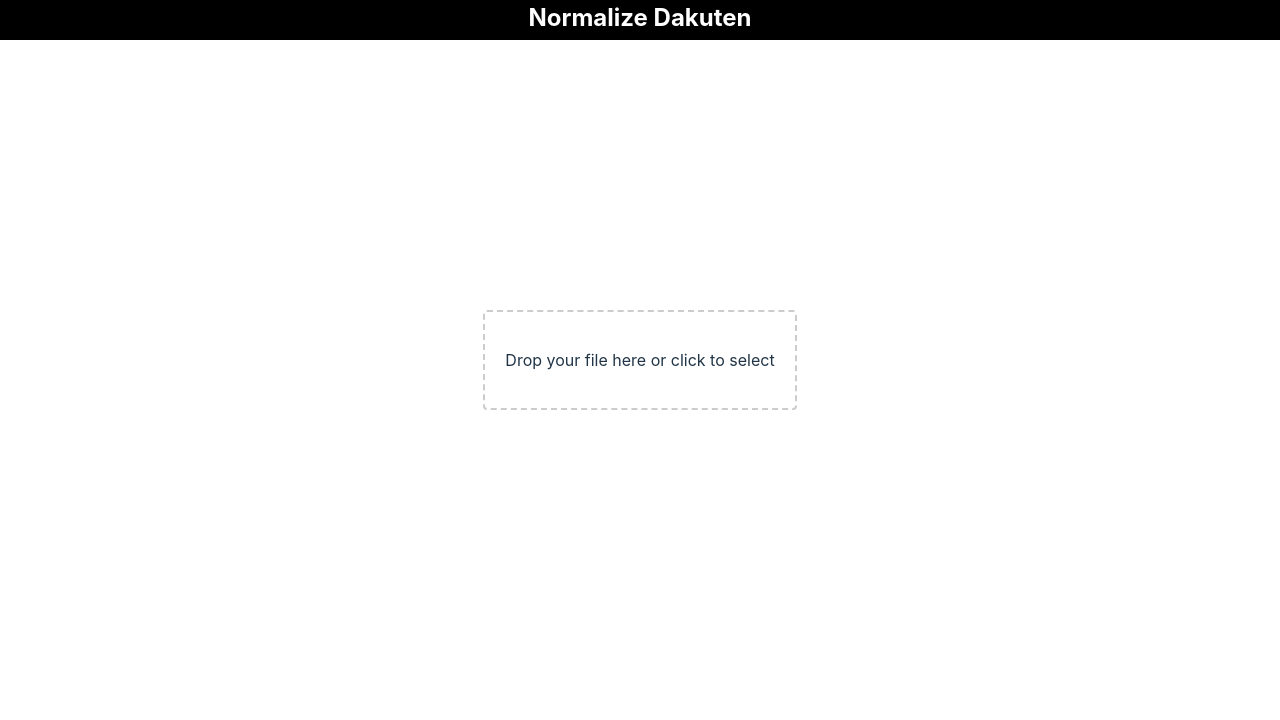
Repository: CatHandsService/normalize_dakuten
Page: / (app in front/)
The author's editor kept a copy of each file at every save. The page is drawn from the files as they stood at one save, then again after a run of saves.
The browser window is 1280 px wide. The pictures show the whole page.
The project was rebuilt for these pictures with package versions that can differ from the ones it lists, and the page was loaded fresh each time. Also part of the build but not shown: front/vite.config.ts.

Above is the page before, as saved 2024-01-27 16:09:18.

After the next 2 saves:
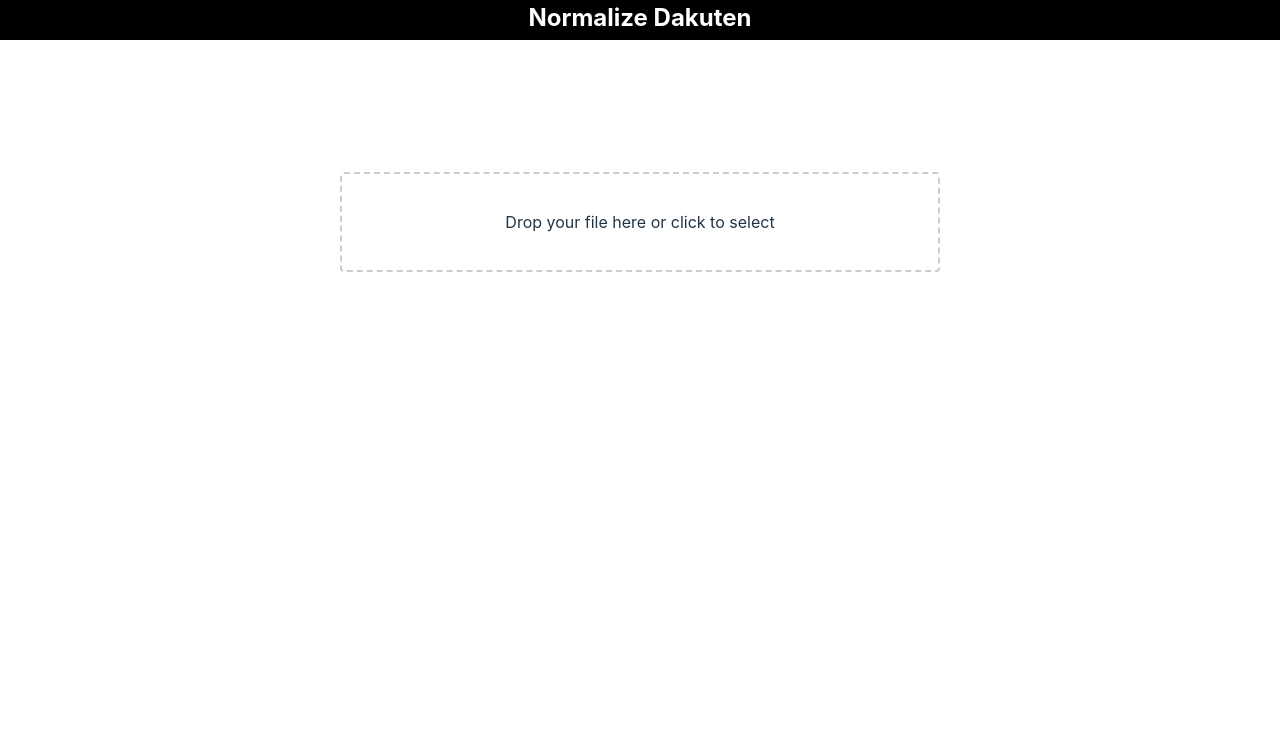
The 2 saves are shown as one change because they came seconds apart.
The last was saved 88 s later.
--- a/front/src/App.css
+++ b/front/src/App.css
@@ -22,5 +22,18 @@ main {
   top: 0;
 }
 .container {
+  width: 600px;
+  height: 400px;
+  margin: 60px auto;
+  padding: 80px 40px;
+  background-color: #fff;
+  display: flex;
+  flex-direction: column;
+  justify-content: space-between;
+}
+
+.hr {
   width: 100%;
+  border: 1px solid #ddd;
+  border-color: #ddd;
 }
